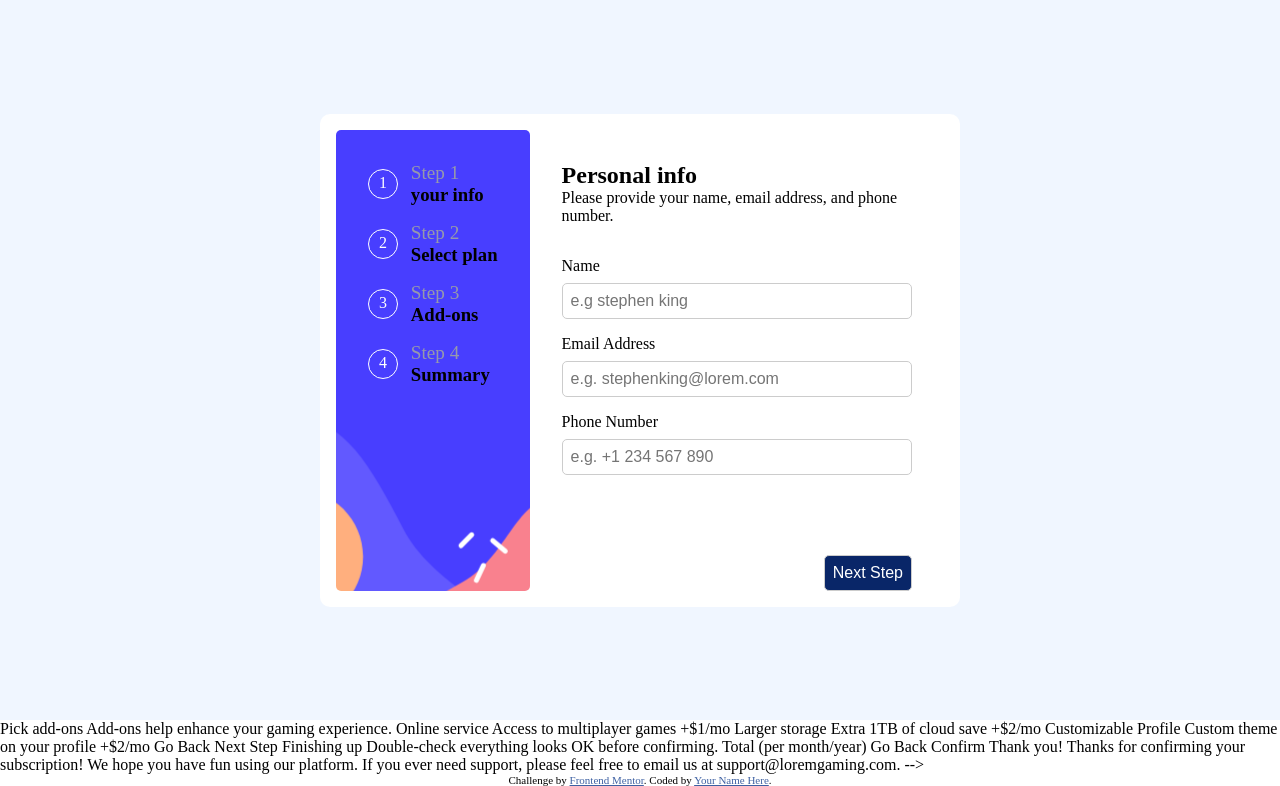
Repository: reemoon-ctrl/reemoon-ctrl.github.io
Page: index.html
An editor plug-in stored every save of this project. The page is shown before and after the next save, followed by the edit.
The browser window is 1280 px wide. The pictures show the whole page.

Above is the page before, as saved 2025-04-29 10:08:26.

After the next save:
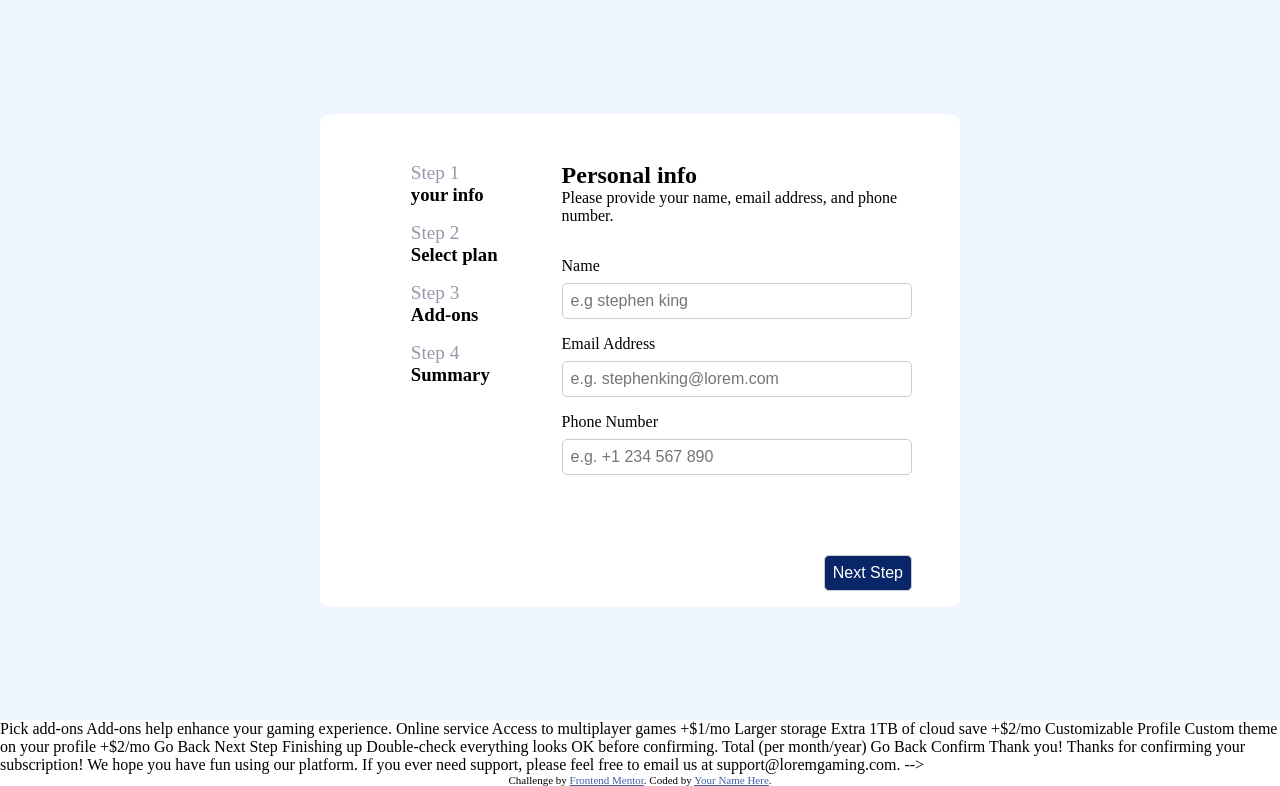
Saved 55 s later.
--- a/style.css
+++ b/style.css
@@ -35,6 +35,7 @@
     border-radius: 5px;
     height:100% ;
     padding: 2rem;
+    []
     background:no-repeat url(./assets/images/bg-sidebar-desktop.svg) center ;
 }
 .sidebarList{

After the 2 saves that followed:
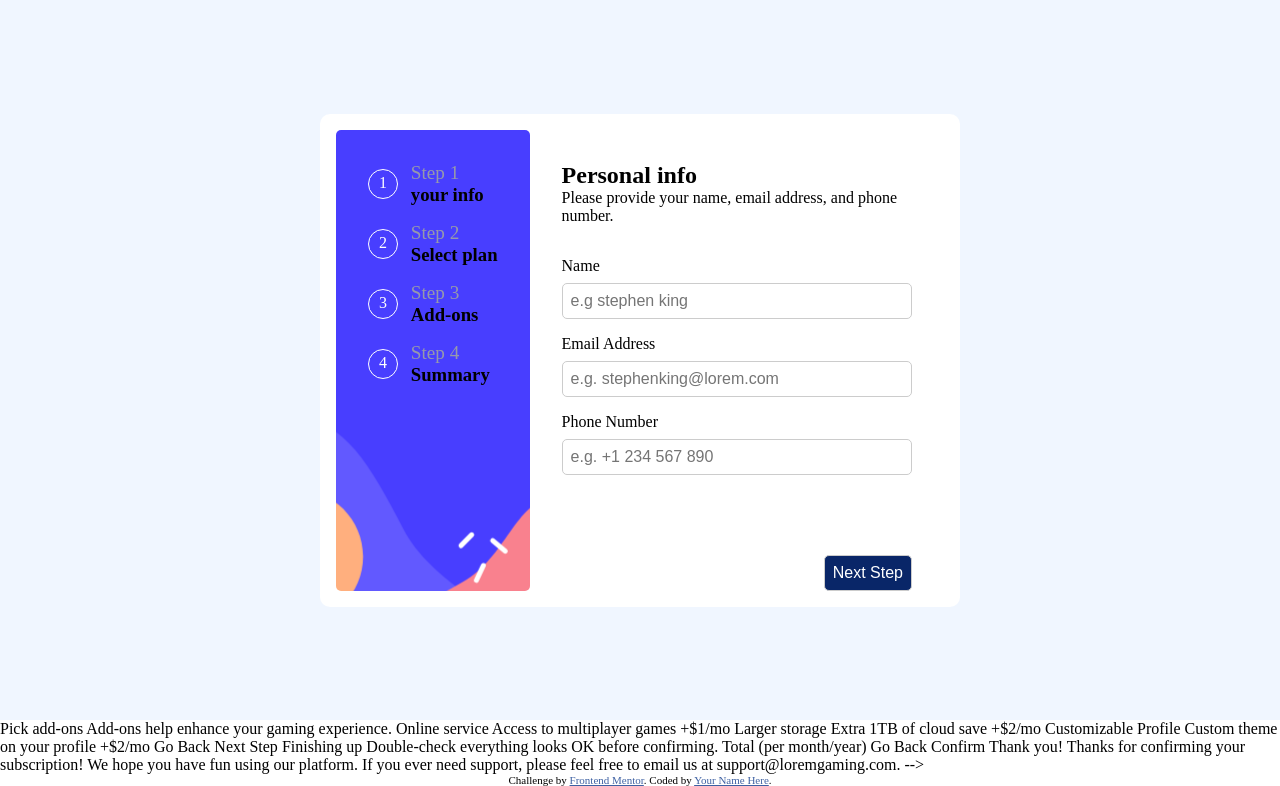
The 2 saves are shown as one change because they came seconds apart.
The last was saved 6 s later.
--- a/style.css
+++ b/style.css
@@ -35,7 +35,7 @@
     border-radius: 5px;
     height:100% ;
     padding: 2rem;
-    []
+    padding-right: ;
     background:no-repeat url(./assets/images/bg-sidebar-desktop.svg) center ;
 }
 .sidebarList{
